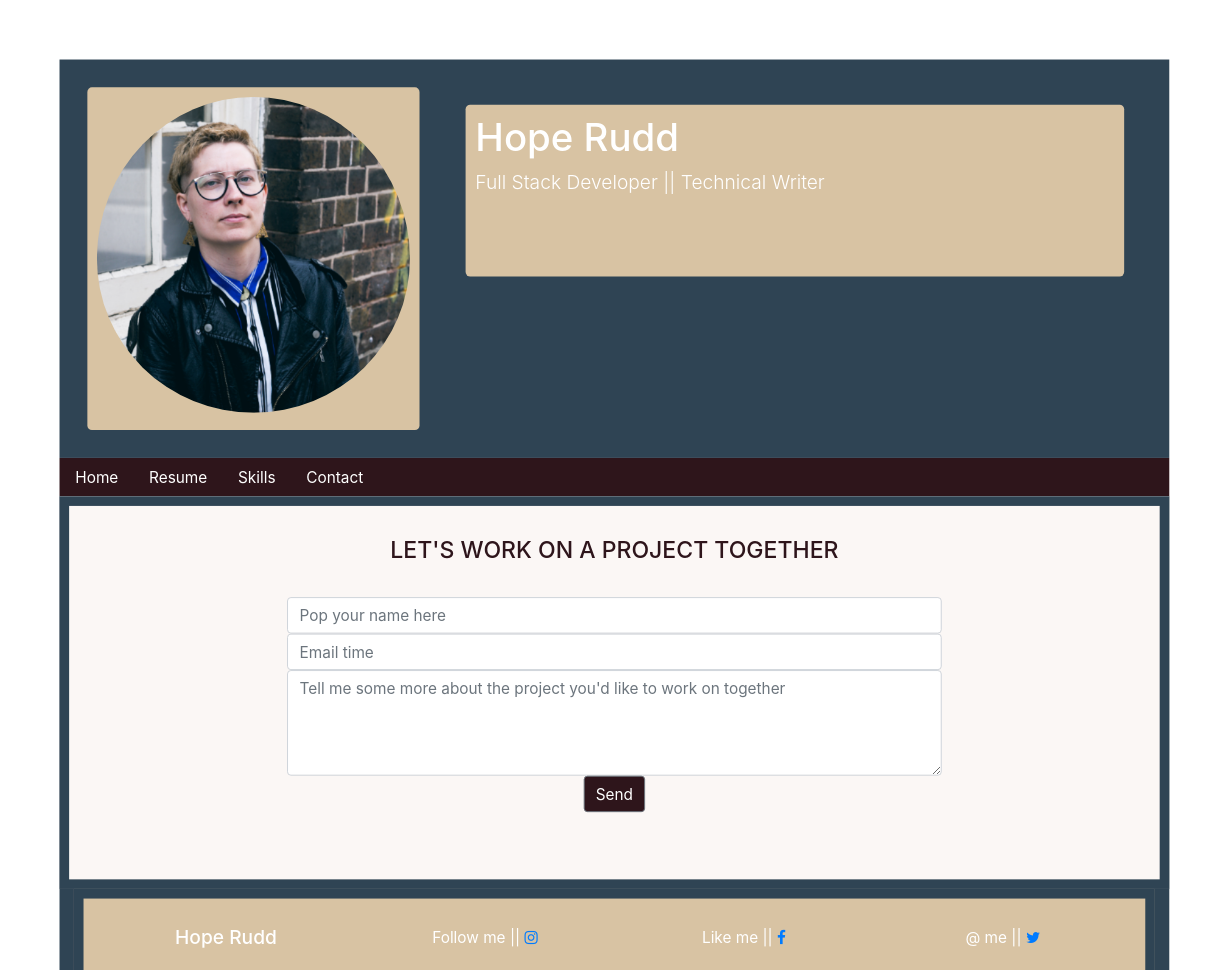
Repository: BleakTerrain/MilestoneProject-
Page: contact.html
The author's editor kept a record of every edit. The page is drawn from the files as they stood at one moment, then again after the next edit.
The browser window is 1280 px wide. The pictures show the whole page, at 96% of full size.
Some web libraries are served in a nearby version.

Above is the page before.

After the next edit:
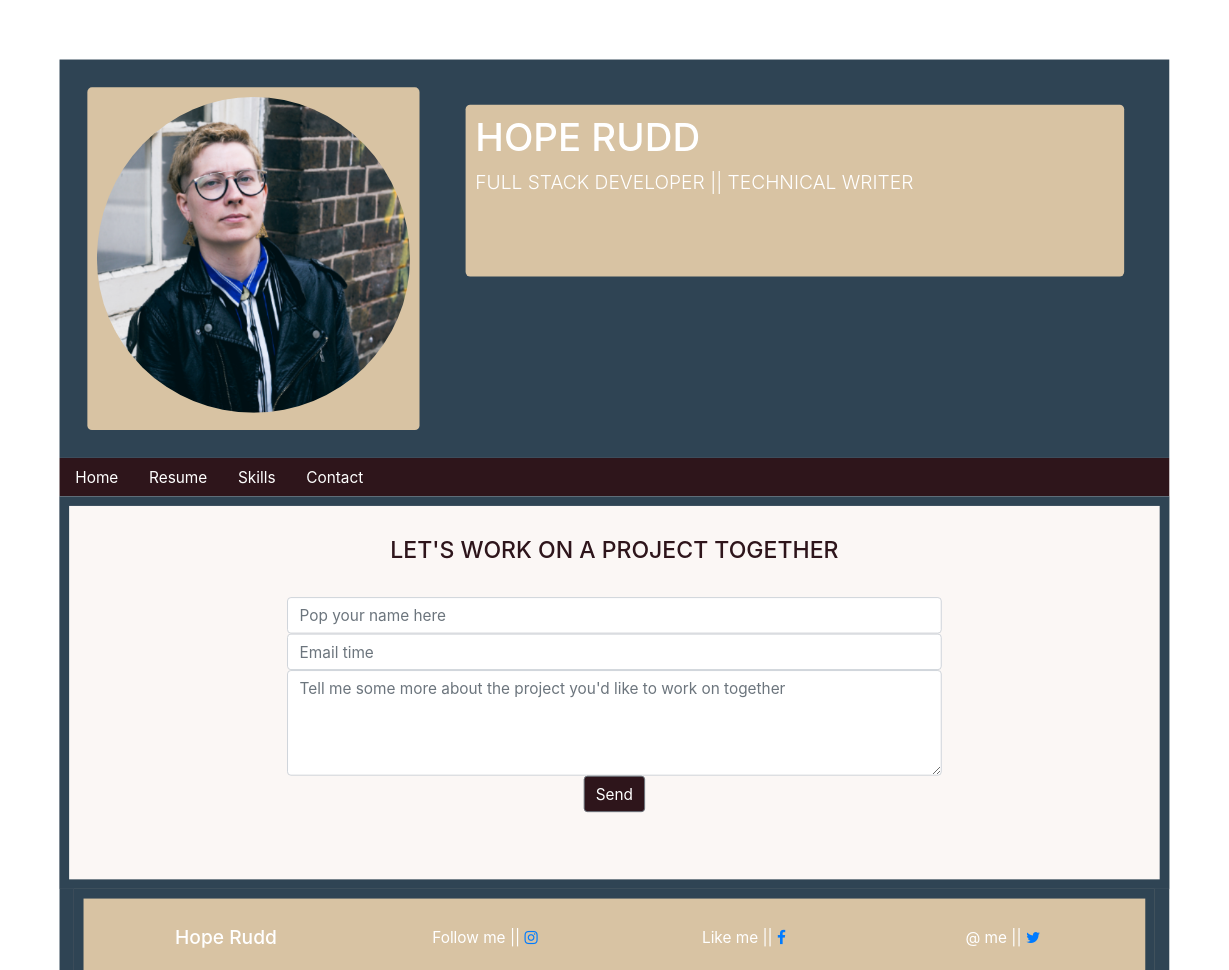
The edit:
--- a/contact.html
+++ b/contact.html
@@ -31,7 +31,7 @@
       </div>
 
       <div class="col-sm-8">
-        <div class="jumbotron name-card">
+        <div class="jumbotron text-uppercase name-card">
           <h1>Hope Rudd</h1>
           <p class="lead ">Full Stack Developer || Technical Writer </p>
         </div>
